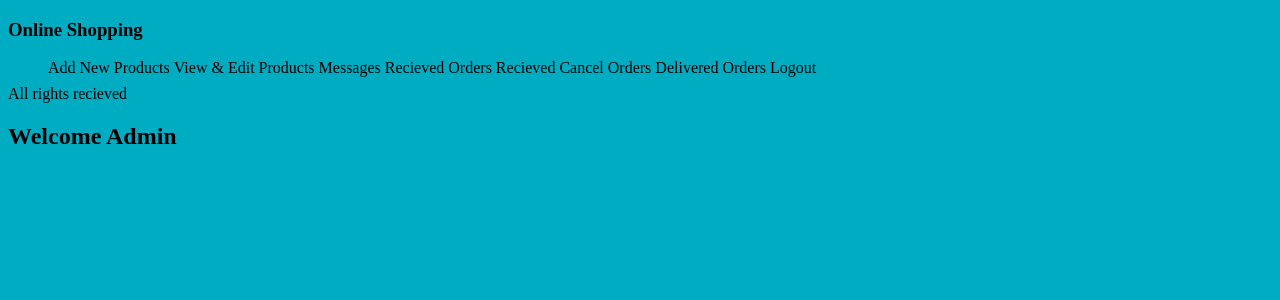
Repository: NidhiDaniel/E-Cart
Page: http://localhost/Online-Shopping-Cart/admin/adminhome.jsp
The author's editor kept a copy of each file at every save. The page is drawn from the files as they stood at one save, then again after the next save.
The browser window is 1280 px wide. The pictures show the whole page.
The page is served by Tomcat 9. Other server files are loaded and not shown.

Above is the page before, as saved 2024-01-05 07:49:51.

### Online-Shopping-Cart/src/main/webapp/admin/adminhome.jsp
<%@ page language="java" contentType="text/html; charset=ISO-8859-1"
    pageEncoding="ISO-8859-1"%>
    <%@include file="adminheader.jsp" %>
    <%@include file="../footer.jsp" %>
<!DOCTYPE html>
<html>
<head>
<meta charset="ISO-8859-1">
<title>Admin Home Page</title>
 <link rel="stylesheet" type="text/css" href="css/admin-home.css">
</head>

<body>
<div class="admin-container">
<h2>Welcome Admin</h2>
</div>
</body>
</html>

### Online-Shopping-Cart/src/main/webapp/admin/adminheader.jsp
<%@ page language="java" contentType="text/html; charset=ISO-8859-1"
	pageEncoding="ISO-8859-1"%>
<!DOCTYPE html>
<html>
<head>
<meta charset="ISO-8859-1">
<title>Insert title here</title>
<link rel="stylesheet" type="text/css" href="../css/header.css">
</head>
<body>
	<div class="header">
	   <h3>Online Shopping</h3>
		<ul>
			<li>Add New Products</li>
			<li>View & Edit Products</li>
			<li>Messages Recieved</li>
			<li>Orders Recieved</li>
			<li>Cancel Orders</li>
			<li>Delivered Orders</li>
			<li>Logout</li>
		</ul>

	</div>
</body>
</html>

### Online-Shopping-Cart/src/main/webapp/footer.jsp
<%@ page language="java" contentType="text/html; charset=ISO-8859-1"
    pageEncoding="ISO-8859-1"%>
<!DOCTYPE html>
<html>
<head>
<meta charset="ISO-8859-1">
<title>Insert title here</title>
</head>
<body>
<div class="footer">
<p>All rights recieved</p>
</div>
</body>
</html>

### Online-Shopping-Cart/src/main/webapp/css/header.css
@charset "ISO-8859-1";
body{
	background: #00ACC1;
}
.header{
	width: auto;
	height: 50px;
}
.header ul li{
	list-style: none;
	display: inline-block;
}

### Online-Shopping-Cart/src/main/webapp/css/admin-home.css
@charset "ISO-8859-1";
.admin-container h3{
	text-align: center;
	color: white;
	font-size: 100px;
}

After the next save:
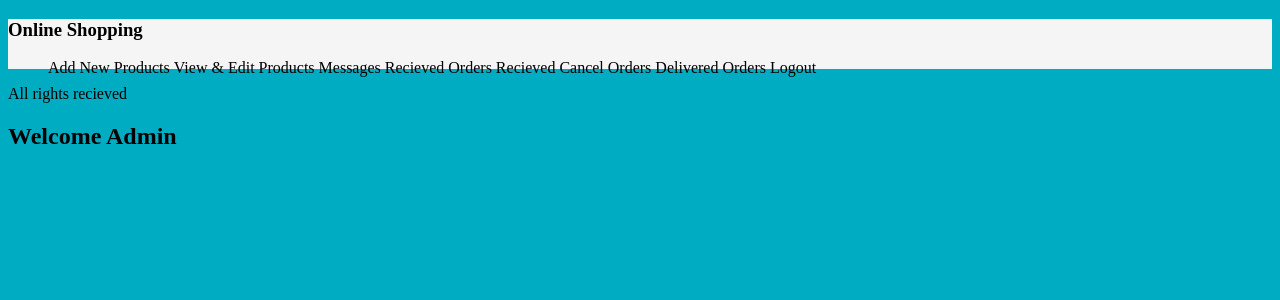
Saved 2 min 58 s later.
--- a/Online-Shopping-Cart/src/main/webapp/css/header.css
+++ b/Online-Shopping-Cart/src/main/webapp/css/header.css
@@ -5,6 +5,7 @@ body{
 .header{
 	width: auto;
 	height: 50px;
+	background: #f5f5f5;
 }
 .header ul li{
 	list-style: none;
